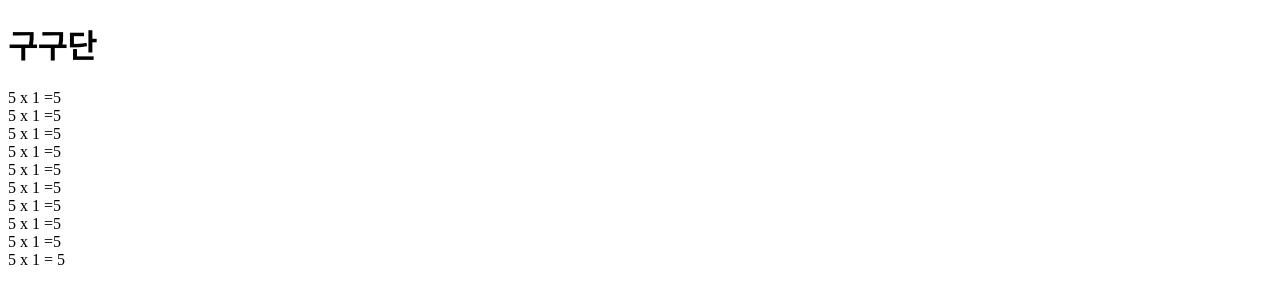
Repository: sujin9335/sever
Page: http://localhost/JSPTest/ex04.jsp
The author's editor kept a copy of each file at every save. The page is drawn from the files as they stood at one save, then again after the next save.
The browser window is 1280 px wide. The pictures show the whole page.
The page is served by Tomcat 9.

Above is the page before, as saved 2023-10-17 05:32:00.

### JSPTest/src/main/webapp/ex04.jsp
<%@ page language="java" contentType="text/html; charset=UTF-8"
    pageEncoding="UTF-8"%>

<%

	int dan=5;



%>
<!DOCTYPE html>
<html>
<head>
<meta charset="UTF-8">
<title>Insert title here</title>
</head>
<body>
	<h1>구구단</h1>

	<%
		for(int i=1; i<=9; i++) {
	%>
			<div>5 x 1 =5</div>
	<%
		}
	%>


	<div>5 x 1 = 5</div>

</body>
</html>

After the next save:
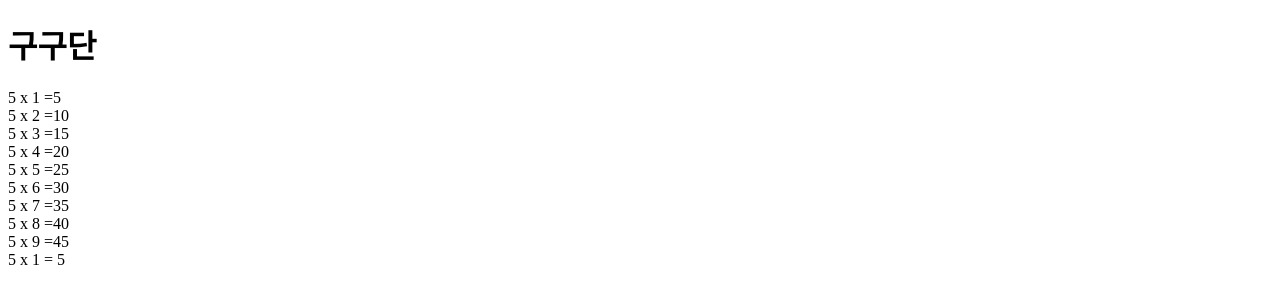
Saved 51 s later.
--- a/JSPTest/src/main/webapp/ex04.jsp
+++ b/JSPTest/src/main/webapp/ex04.jsp
@@ -20,7 +20,7 @@
 	<%
 		for(int i=1; i<=9; i++) {
 	%>
-			<div>5 x 1 =5</div>
+			<div><%=dan %> x <%=i %> =<%= dan*i %></div>
 	<%
 		}
 	%>
